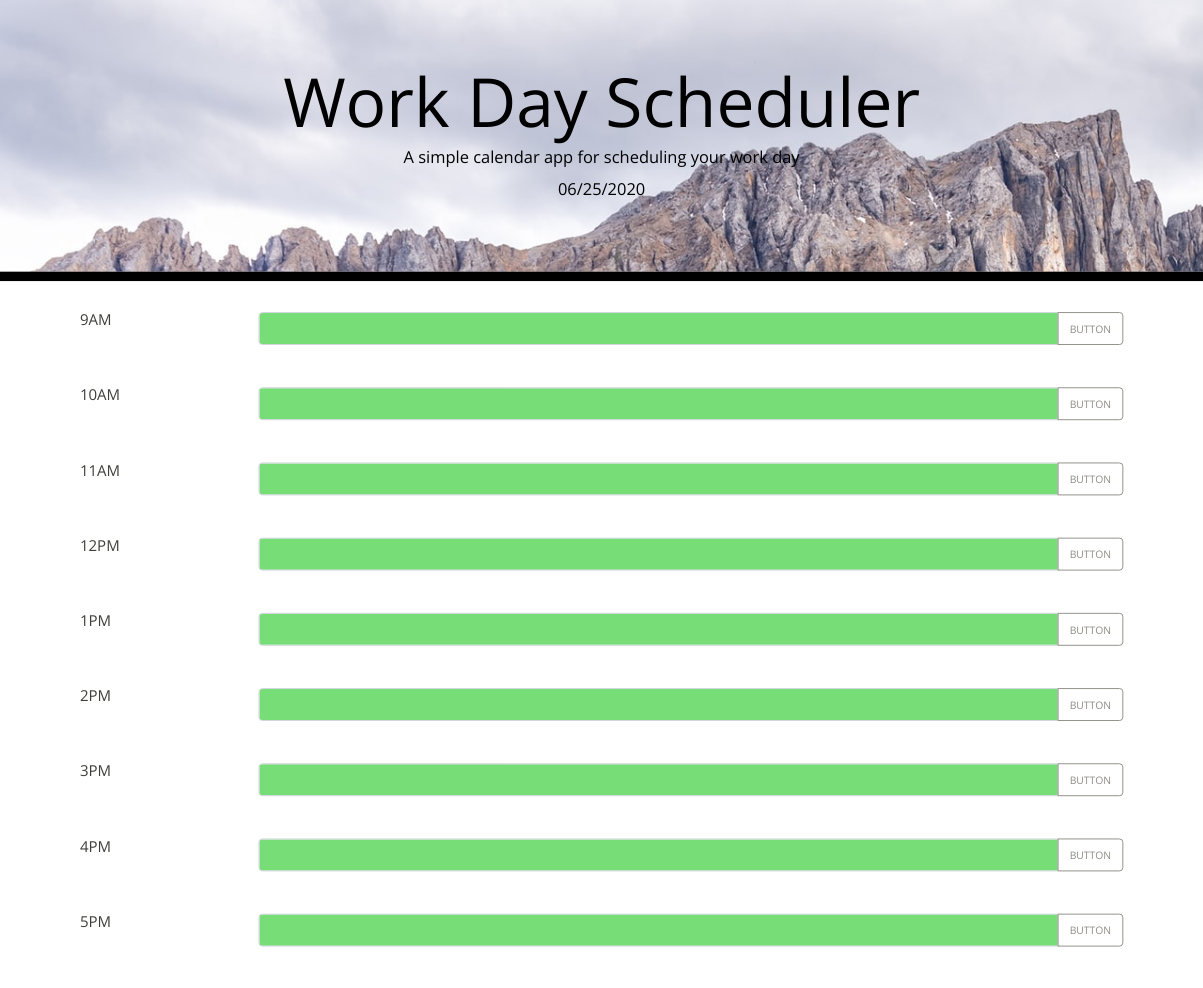
Repository: himaja830/Day-Planner
Page: Develop/index.html
An editor plug-in stored every save of this project. The page is shown before and after the next save, followed by the edit.
The browser window is 1280 px wide. The pictures show the whole page, at 94% of full size.
Some web libraries are served in a nearby version.

Above is the page before, as saved 2020-06-25 16:51:47.

### Develop/index.html
<!DOCTYPE html>
<html lang="en">

<head>
  <meta charset="UTF-8" />
  <meta name="viewport" content="width=device-width, initial-scale=1.0" />
  <meta http-equiv="X-UA-Compatible" content="ie=edge" />
  <link rel="stylesheet" href="https://stackpath.bootstrapcdn.com/bootstrap/4.3.1/css/bootstrap.min.css" />
  <link href="https://stackpath.bootstrapcdn.com/bootswatch/4.5.0/sandstone/bootstrap.min.css" rel="stylesheet" integrity="sha384-ztQCCdmKhYHBDMV3AyR4QGZ2/z6veowJBbsmvDJW/sTuMpB9lpoubJuD0ODGSbjh" crossorigin="anonymous">
  <link rel="stylesheet" href="https://use.fontawesome.com/releases/v5.8.1/css/all.css"
    integrity="sha384-50oBUHEmvpQ+1lW4y57PTFmhCaXp0ML5d60M1M7uH2+nqUivzIebhndOJK28anvf" crossorigin="anonymous" />
  <link href="https://fonts.googleapis.com/css?family=Open+Sans&display=swap" rel="stylesheet" />
  <link rel="stylesheet" href="style.css" />
  <title>Work Day Scheduler</title>
</head>

<body>
  <header class="jumbotron">
    <h1 class="display-3">Work Day Scheduler</h1>
    <p class="lead">A simple calendar app for scheduling your work day</p>
    <p id="currentDay" class="lead"></p>
  </header>

  <!-- Timeblocks go here -->
  <div class="container">
    <form>
    <div class="row">
      <div class="col-2">
        <p>9AM</p>
      </div>
      <div class="input-group mb-3 col-10">
        <input type="text" class="form-control event"  aria-label="Recipient's username"
          aria-describedby="button-addon2" data-time="9">
        <div class="input-group-append">
          <button class="btn btn-outline-secondary" type="button" id="button-addon9" data-time="9">Button</button>
        </div>
      </div>
    </div>
  </form>
    <form>
      <div class="row">
        <div class="col-2">
          <p>10AM</p>
        </div>
        <div class="input-group mb-3 col-10">
          <input type="text" class="form-control event"  aria-label="Recipient's username"
            aria-describedby="button-addon2" data-time="10">
          <div class="input-group-append">
            <button class="btn btn-outline-secondary" type="button" id="button-addon10" data-time="10">Button</button>
          </div>
        </div>
      </div>
    </form>
    <div class="row">
      <div class="col-2">
        <p>11AM</p>
      </div>
      <div class="input-group mb-3 col-10">
        <input type="text" class="form-control event"  aria-label="Recipient's username"
          aria-describedby="button-addon2" data-time="11">
        <div class="input-group-append">
          <button class="btn btn-outline-secondary" type="button" id="button-addon11" data-time="11">Button</button>
        </div>
      </div>
    </div>
  </form>

    <form>
      <div class="row">
        <div class="col-2" >
          <p>12PM</p>
        </div>
        <div class="input-group mb-3 col-10">
          <input type="text" class="form-control event"  aria-label="Recipient's username"
            aria-describedby="button-addon2" data-time="12">
          <div class="input-group-append">
            <button class="btn btn-outline-secondary" type="button" id="button-addon12" data-time="12">Button</button>
          </div>
        </div>
      </div>
    </form>

    <form>
      <div class="row">
        <div class="col-2">
          <p>1PM</p>
        </div>
        <div class="input-group mb-3 col-10">
          <input type="text" class="form-control event"  aria-label="Recipient's username"
            aria-describedby="button-addon2" data-time="13">
          <div class="input-group-append">
            <button class="btn btn-outline-secondary" type="button" id="button-addon1" data-time="13">Button</button>
          </div>
        </div>
      </div>
    </form>

    <form>
      <div class="row">
        <div class="col-2">
          <p>2PM</p>
        </div>
        <div class="input-group mb-3 col-10">
          <input type="text" class="form-control event"  aria-label="Recipient's username"
            aria-describedby="button-addon2" data-time="14">
          <div class="input-group-append">
            <button class="btn btn-outline-secondary" type="button" id="button-addon2" data-time="14">Button</button>
          </div>
        </div>
      </div>
    </form>
    <form>
      <div class="row">
        <div class="col-2">
          <p>3PM</p>
        </div>
        <div class="input-group mb-3 col-10">
          <input type="text" class="form-control event"  aria-label="Recipient's username"
            aria-describedby="button-addon2" data-time="15">
          <div class="input-group-append">
            <button class="btn btn-outline-secondary" type="button" id="button-addon3" data-time="15">Button</button>
          </div>
        </div>
      </div>
    </form>

    <form>
      <div class="row">
        <div class="col-2">
          <p>4PM</p>
        </div>
        <div class="input-group mb-3 col-10">
          <input type="text" class="form-control event"  aria-label="Recipient's username"
            aria-describedby="button-addon2" data-time="16">
          <div class="input-group-append">
            <button class="btn btn-outline-secondary" type="button" id="button-addon4" data-time="16">Button</button>
          </div>
        </div>
      </div>
    </form>

    <form>
      <div class="row">
        <div class="col-2">
          <p>5PM</p>
        </div>
        <div class="input-group mb-3 col-10">
          <input type="text" class="form-control event"  aria-label="Recipient's username"
            aria-describedby="button-addon2" data-time="17">
          <div class="input-group-append">
            <button class="btn btn-outline-secondary" type="button" id="button-addon5" data-time="17">Button</button>
          </div>
        </div>
      </div>
    </form>
  </div>


  <script src="https://code.jquery.com/jquery-3.4.1.min.js"></script>
  <script src="https://cdnjs.cloudflare.com/ajax/libs/moment.js/2.24.0/moment.min.js"></script>
  <script src="script.js"></script>
</body>

</html>

### Develop/style.css
body {
  font-family: 'Open Sans', sans-serif;
  font-size: 16px;
  line-height: 1;
}

textarea {
  background: transparent;
  border: none;
  resize: none;
  color: #000000;
  border-left: 1px solid black;
  padding: 10px;
}

.jumbotron {
  text-align: center;
  background-color: transparent;
  font-weight: bolder;
  color: black;
  border-radius: 0;
  border-bottom: 10px solid black;
  background-image: url("riccardo-chiarini-2VDa8bnLM8c-unsplash (2).jpg");
}

.description {
  white-space: pre-wrap;
}

.time-block {
  text-align: center;
  border-radius: 15px;
}

.row {
  height: 80px;
  border-top: 1px solid white;
  ;
}

.hour {
  background-color: #ffffff;
  color: #000000;
  border-top: 1px dashed #000000;
}

.past {
  background-color: #d3d3d3;
  color: white;
}

.present {
  background-color: #ff6961;
  color: white;
}

.future {
  background-color: #77dd77;
  color: white;
}

.saveBtn {
  border-left: 1px solid black;
  border-top-right-radius: 15px;
  border-bottom-right-radius: 15px;
  background-color: #06AED5;
  color: white;
}

.saveBtn i:hover {
  font-size: 20px;
  transition: all .3s ease-in-out;
}

.btn {
  height: 35px;
}

.bg-red {
  background-color: rgb(255, 1, 1);
}

.bg-green {
  background-color: rgba(8, 131, 8, 0.788);
}

.bg-gray {
  background-color: #cfdce9da;
}

### Develop/script.js
$(document).ready(() => {
    localStorage.setItem("userData", []);

    //Date format have been set and displayed at the top of page.
    var now = moment().format("MM/DD/YYYY");
    var date = $("#currentDay");
    date.text(now);

    //get input fields to alter their color relative to time.bg-gray.
    var hour = moment().format("HH");
    var currentHour = Number.parseInt(hour);
    $(".event").each(function () {
        var eventHour = Number.parseInt(this.id);
        if (eventHour === currentHour) {
            $(this).addClass('present');
        } else if (eventHour < currentHour) {
            $(this).addClass('past');
        } else {
            $(this).addClass('future');
        }
    });



    $(".btn").on("click", function (event) {
        event.preventDefault();
        var inputText = event.target;
        var input = $(this).attr("data-time");
        var inputText = $(`#${input}`).val();
        localStorage.setItem("inputText", $(`#${input}`).val());
    })






});

After the next save:
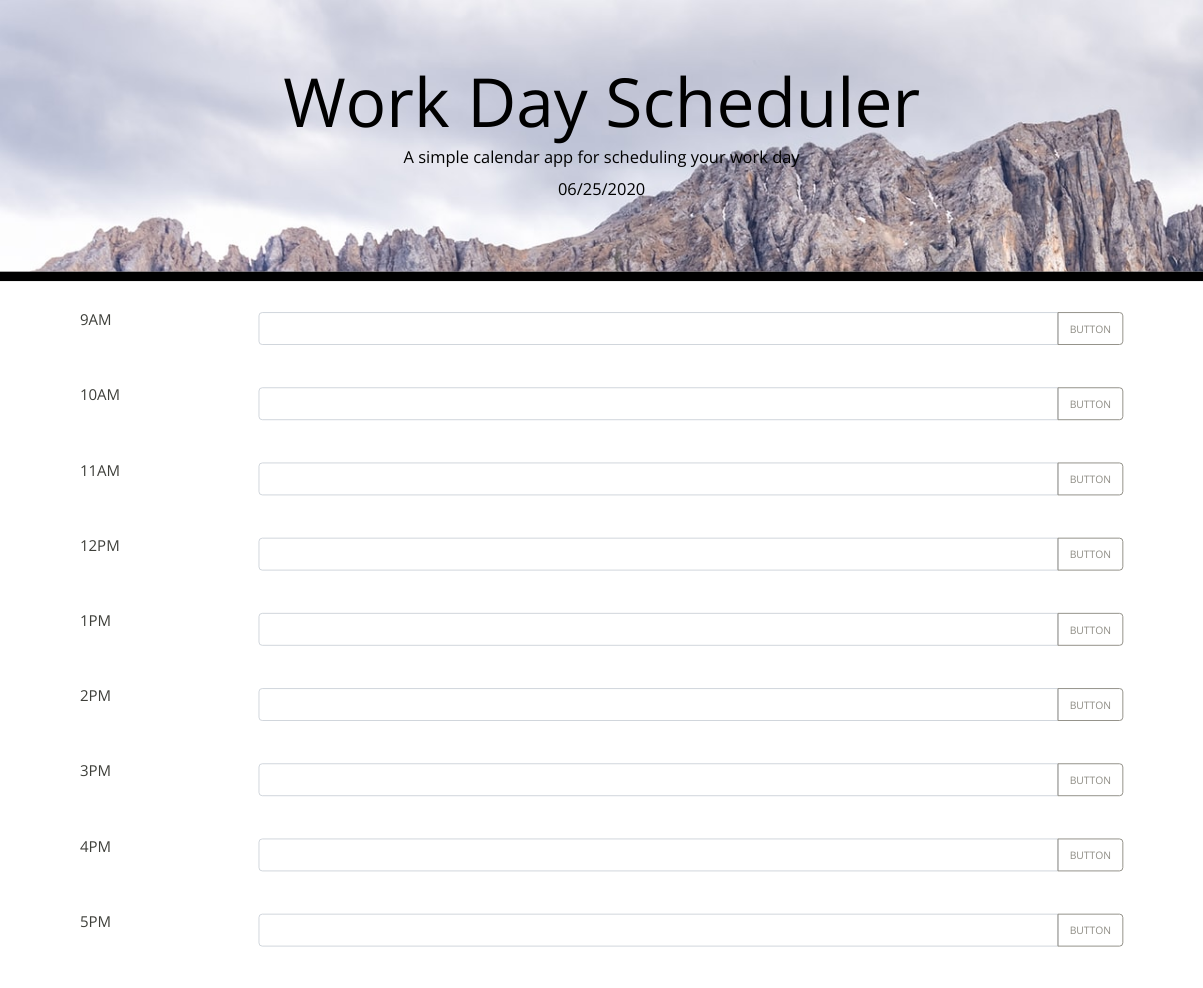
Console error: TypeError: this.attr is not a function
Saved 23 s later.
--- a/Develop/script.js
+++ b/Develop/script.js
@@ -10,7 +10,7 @@
     var hour = moment().format("HH");
     var currentHour = Number.parseInt(hour);
     $(".event").each(function () {
-        var eventHour = Number.parseInt(this.id);
+        var eventHour = Number.parseInt(this.attr('data-time'));
         if (eventHour === currentHour) {
             $(this).addClass('present');
         } else if (eventHour < currentHour) {

After the 2 saves that followed:
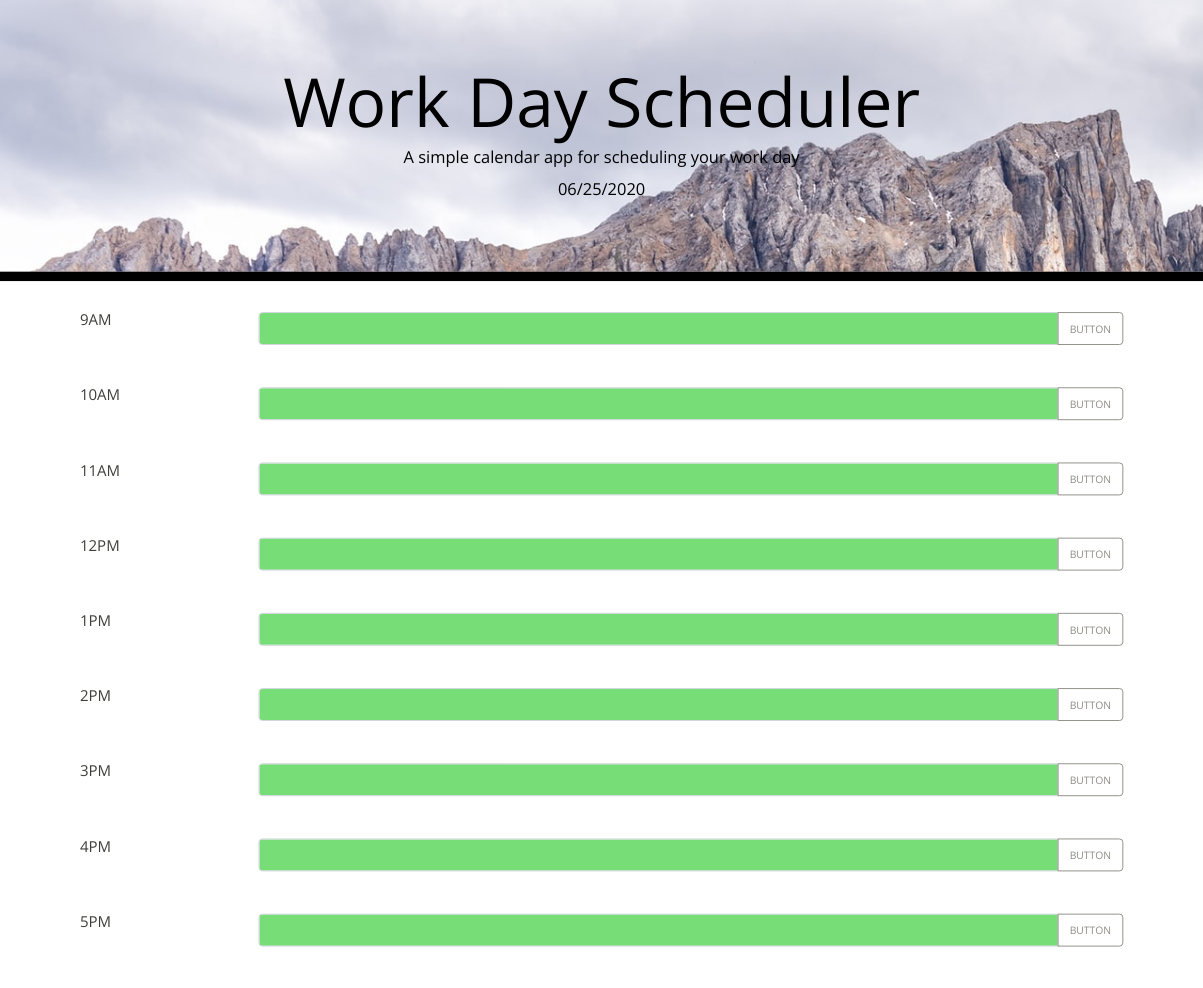
The error is gone.
The 2 saves are shown as one change because they came seconds apart.
The last was saved 16 s later.
--- a/Develop/script.js
+++ b/Develop/script.js
@@ -10,7 +10,7 @@
     var hour = moment().format("HH");
     var currentHour = Number.parseInt(hour);
     $(".event").each(function () {
-        var eventHour = Number.parseInt(this.attr('data-time'));
+        var eventHour = Number.parseInt(this['data-time']);
         if (eventHour === currentHour) {
             $(this).addClass('present');
         } else if (eventHour < currentHour) {
